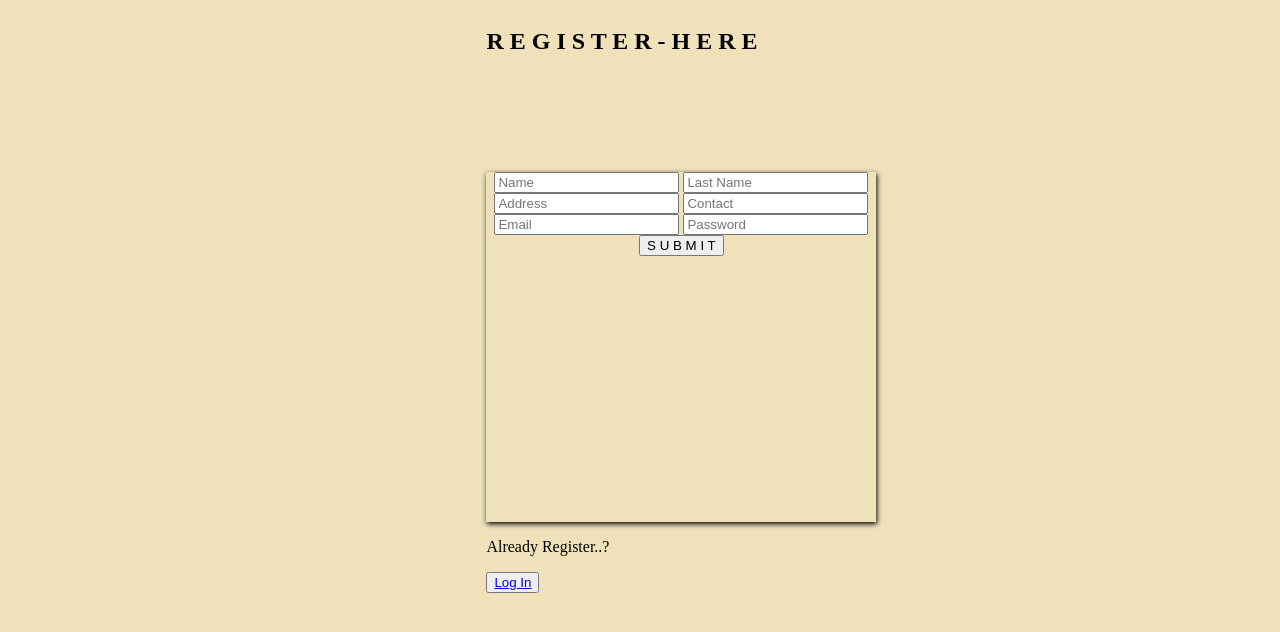
Repository: Krushna26nk/WebApplication
Page: http://localhost/Application/
The author's editor kept a copy of each file at every save. The page is drawn from the files as they stood at one save, then again after the next save.
The browser window is 1280 px wide. The pictures show the whole page.
The page is served by Tomcat 9.

Above is the page before, as saved 2019-05-31 12:47:15.

After the next save:
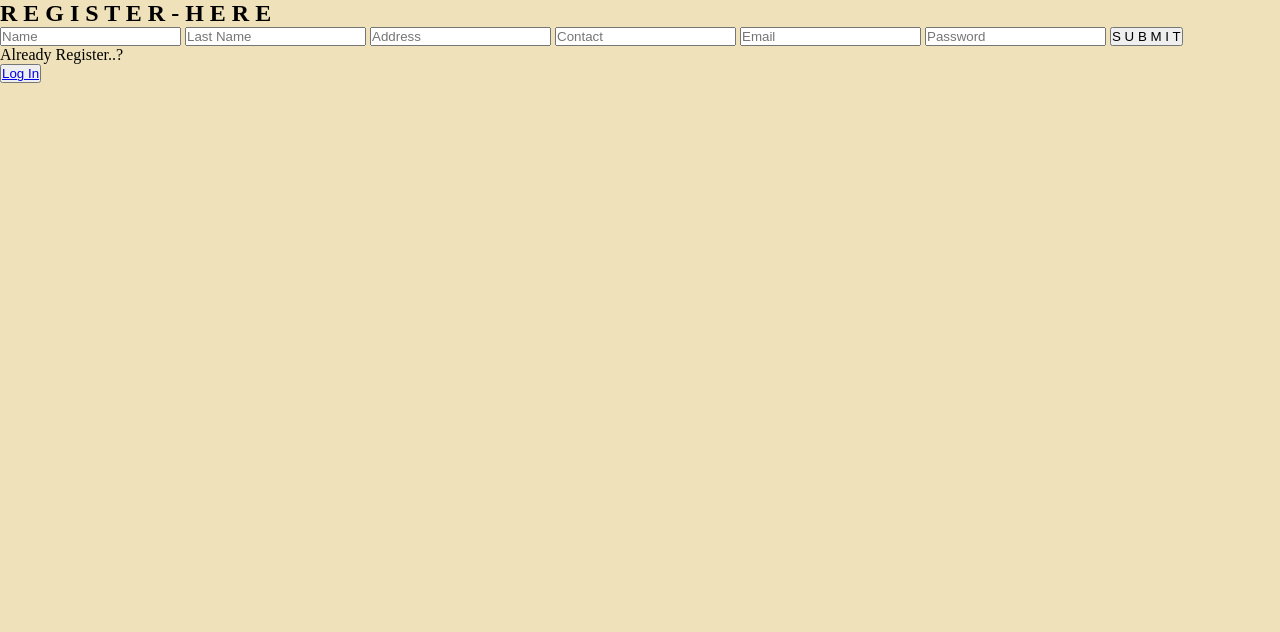
Saved 109 s later.
--- a/web/Application/WebContent/Style.css
+++ b/web/Application/WebContent/Style.css
@@ -1,19 +1,5 @@
 @CHARSET "UTF-8";
-.regDiv{
-	position:absolute;
-	left:38%;
+*{
+	margin:0;
+	padding:0;
 }
-.form{
-	background-color: 50 deg,#F13C20;
-	box-shadow:1px 2px 5px;
-	position:relative;
-	margin-top:30%;
-	width:390px;
-	height:350px;
-	text-align:center;
-
-}
-
-.inputFields{
-	display:block;
-}
